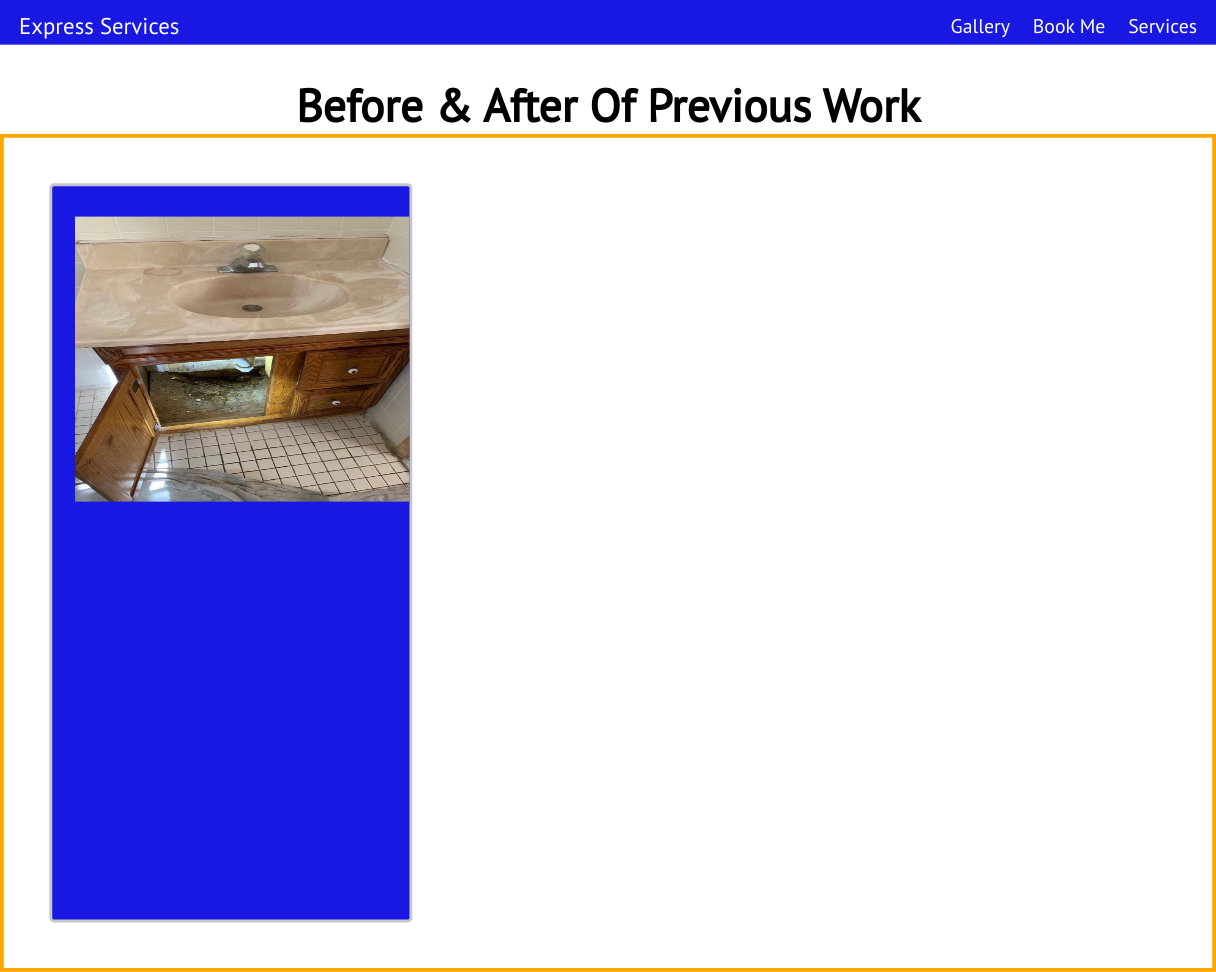
Repository: DrummerDee/mir-miami
Page: /Gallery (app in mr-miami/)
The author's editor kept a copy of each file at every save. The page is drawn from the files as they stood at one save, then again after the next save.
The browser window is 1280 px wide. The pictures show the whole page, at 95% of full size.
The project was rebuilt for these pictures with package versions that can differ from the ones it lists, and the page was loaded fresh each time. Also part of the build but not shown: mr-miami/src/Styles/Services.css, mr-miami/src/Components/Services.js, mr-miami/src/Components/Homepage.js, mr-miami/src/Styles/Calendar.css, mr-miami/src/Styles/Times.css, mr-miami/src/Components/Times.js, mr-miami/src/Components/Time.js, mr-miami/src/Components/BookMe.js.

Above is the page before, as saved 2022-09-08 23:12:19.

After the next save:
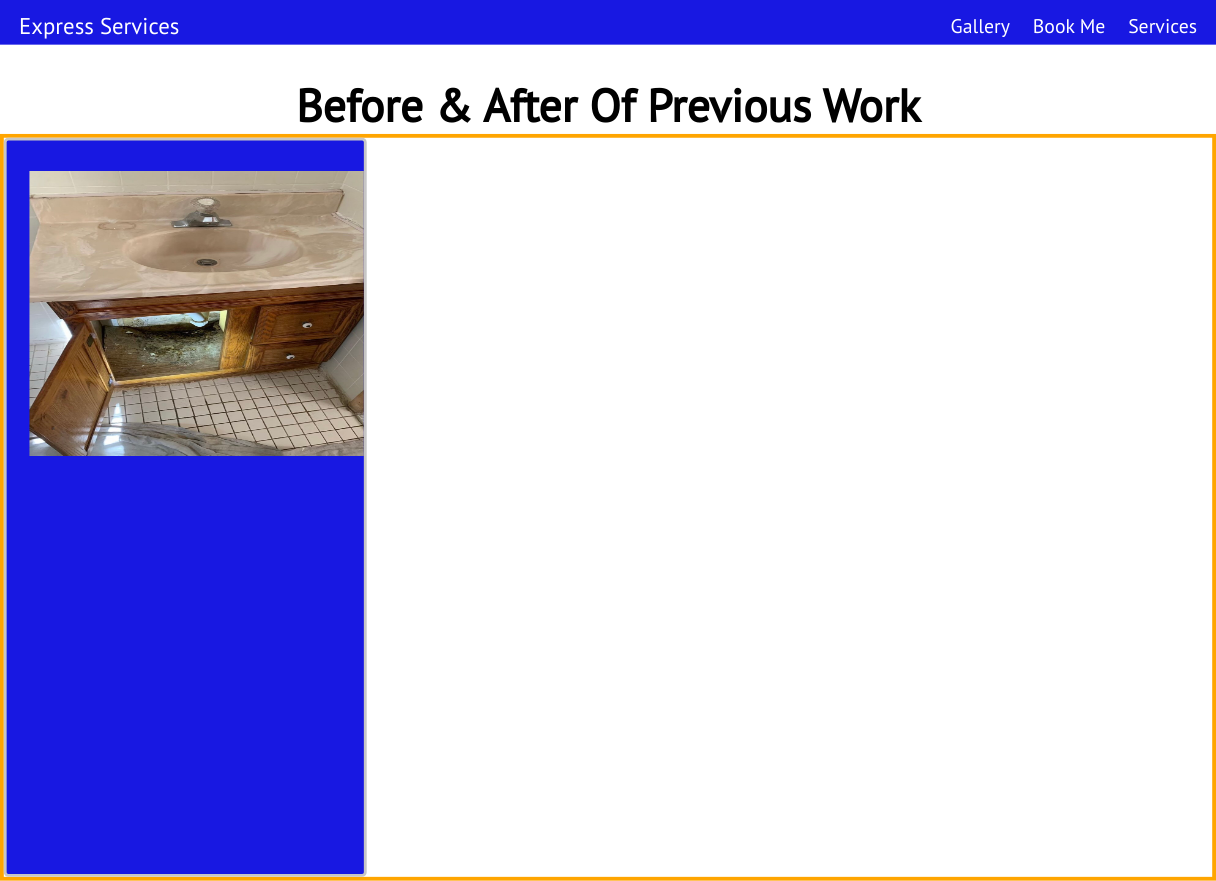
Saved 45 s later.
--- a/mr-miami/src/Styles/App.css
+++ b/mr-miami/src/Styles/App.css
@@ -22,7 +22,6 @@
   border: 0.3rem solid orange;
 }
 .frame {
-  margin: 3rem 3rem;
   width: 30%;
   background: rgb(24, 24, 226);
   border: 0.2rem solid rgb(199, 198, 198);
